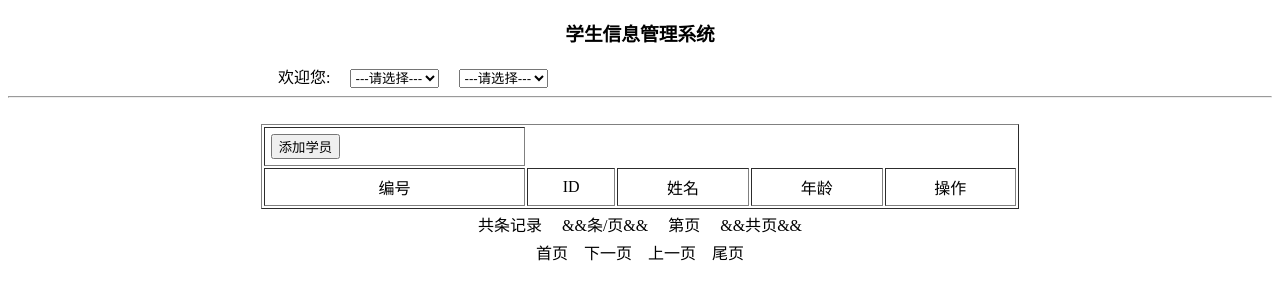
Repository: DataBoxWx/mvc_servlet_3
Page: http://localhost/crud_1/ajax/studentlist.jsp
These files come from the project's save history. The page is drawn as it stood at one moment and after the next save; the edit follows.
The browser window is 1280 px wide. The pictures show the whole page.
The page is served by Tomcat 9. Other server files are loaded and not shown.

Above is the page before, as saved 2018-05-08 11:37:03.

### crud_1/WebContent/ajax/studentlist.jsp
<%@ page language="java" contentType="text/html; charset=UTF-8"
    pageEncoding="UTF-8"%>
<%
	String basePath = request.getScheme() + "://" + request.getServerName() + ":" + 	request.getServerPort() + request.getContextPath() + "/";
%>
<!DOCTYPE html PUBLIC "-//W3C//DTD HTML 4.01 Transitional//EN" "http://www.w3.org/TR/html4/loose.dtd">
<html>
<head>
<base href="<%=basePath%>">
<meta http-equiv="Content-Type" content="text/html; charset=UTF-8">
<script type="text/javascript" src="js/jquery-1.8.3.min.js"></script>
<title>Insert title here</title>
<style type="text/css">
	td{
		text-align: center
	}
</style>
<script type="text/javascript">


	$(function(){
		$.post(
			"controller/list.do",
			function(data){
				$(data.slist).each(function(i){
					$("#tbody").append("<tr><td>"+i+"</td><td>"+this.id
							+"</td><td>"+this.name+"</td><td>"+this.age
							+"</td><td><a href='jsp/studentedit.jsp?id="+this.id
							+"'>编辑</a>||<a href='controller/delete.do?id="+this.id
							+"'>删除</a></td></tr>");
				})
			},
			"json"
		)

		$("#addBtn").click(function(){
			location.href="jsp/studentadd.jsp";
		})

	})
</script>
</head>
<body>
	<h3 align="center">学生信息管理系统</h3>
	<span style="margin-left: 270px" >欢迎您:${username}&nbsp;&nbsp;&nbsp;&nbsp;
		<select id="pid">
			<option>---请选择---</option>
		</select>&nbsp;&nbsp;&nbsp;&nbsp;
		<select id="cid">
			<option>---请选择---</option>
		</select>
	</span><br/>
	<hr/><br>
	<table align="center" border="1" cellpadding="6" width="60%">
		<thead>
			<tr>
				<td style="text-align: left">
					<button id="addBtn">添加学员</button>&nbsp;&nbsp;
				</td>
			</tr>
			<tr>
				<td>编号</td>
				<td>ID</td>
				<td>姓名</td>
				<td>年龄</td>
				<td>操作</td>
			</tr>
		</thead>
		<tbody id="tbody">

		</tbody>
	</table>
	<table align="center" border="0">
			<tr>
				<td>
					共<span id="total"></span>条记录&nbsp;&nbsp;&nbsp;&nbsp;
					&&<span id="pageCount"></span>条/页&&&nbsp;&nbsp;&nbsp;&nbsp;
					第<span id="pageNu"></span>页&nbsp;&nbsp;&nbsp;&nbsp;
					&&共<span id="pageSize"></span>页&&


				</td>
			</tr>
			<tr>
				<td>
					<a>首页</a>&nbsp;&nbsp;&nbsp;
					<a>下一页</a>&nbsp;&nbsp;&nbsp;
					<a>上一页</a>&nbsp;&nbsp;&nbsp;
					<a>尾页</a>
				</td>
			</tr>
	</table>
</body>
</html>

### crud_1/src/com/bjpowernode/crud/controller/StudentController.java
 package com.bjpowernode.crud.controller;

import java.io.IOException;
import java.io.PrintWriter;
import java.util.ArrayList;
import java.util.List;

import javax.servlet.ServletException;
import javax.servlet.http.HttpServlet;
import javax.servlet.http.HttpServletRequest;
import javax.servlet.http.HttpServletResponse;

import com.bjpowernode.crud.domain.Students;
import com.bjpowernode.crud.service.StudentService;
import com.bjpowernode.crud.service.impl.StudentServiceImpl;
import com.bjpowernode.crud.util.ServiceFactory;
import com.sun.org.apache.bcel.internal.generic.NEW;

public class StudentController extends HttpServlet{
	@Override
	protected void doGet(HttpServletRequest request, HttpServletResponse response) throws ServletException, IOException {
		response.setContentType("text/html;charset=utf-8");
		request.setCharacterEncoding("utf-8");
		StudentService studentService  = (StudentService) ServiceFactory.getService(new StudentServiceImpl());
		String path = request.getServletPath();
		if("/controller/list.do".equals(path)){

			list(request,response,studentService);

		}else if("/controller/save.do".equals(path)){

			save(request,response,studentService);
			response.sendRedirect(request.getContextPath()+"/ajax/studentlist.jsp");

		}else if("/controller/delete.do".equals(path)){

			delete(request,response,studentService);
			response.sendRedirect(request.getContextPath()+"/ajax/studentlist.jsp");

		}else if("/controller/update.do".equals(path)){

			update(request,response,studentService);
			response.sendRedirect(request.getContextPath()+"/ajax/studentlist.jsp");

		}else if("/controller/edit.do".equals(path)){
			edit(request,response,studentService);
		}
	}
	private void edit(HttpServletRequest request, HttpServletResponse response, StudentService studentService) throws IOException {
		String id = request.getParameter("id");

		Students stu = studentService.getStudentById(id);
		StringBuffer buffer = new StringBuffer();
		//{"id":"?","name":"?","age":?}
		buffer.append("{\"id\":\"");
		buffer.append(stu.getId());
		buffer.append("\",\"name\":\"");
		buffer.append(stu.getName());
		buffer.append("\",\"age\":");
		buffer.append(stu.getAge());
		buffer.append("}");
		PrintWriter out = response.getWriter();
		out.print(buffer.toString());
		out.close();

	}
	private void update(HttpServletRequest request, HttpServletResponse response, StudentService studentService) {
		String id = request.getParameter("id");
		String name = request.getParameter("name");
		String ageStr = request.getParameter("age");
		int age = Integer.valueOf(ageStr);
		Students stu = new Students();
		stu.setId(id);
		stu.setName(name);
		stu.setAge(age);
		studentService.updateStudent(stu);

	}
	private void delete(HttpServletRequest request, HttpServletResponse response, StudentService studentService) {
		String id = request.getParameter("id");
		studentService.deleteStudent(id);
	}
	private void save(HttpServletRequest request, HttpServletResponse response, StudentService studentService) {
		System.out.println("进入添加学生操作");
		String name = request.getParameter("username");
		String ageStr = request.getParameter("age");
		int age = Integer.valueOf(ageStr);
		Students stu = new Students();
		stu.setName(name);
		stu.setAge(age);
		studentService.addStudent(stu);

	}
	private void list(HttpServletRequest request, HttpServletResponse response, StudentService studentService) throws IOException {
		System.out.println("进入学生列表操作");
		List<Students> slist = studentService.getAll();
		StringBuffer buffer = new StringBuffer();
		//{"slist":[{"id":"?","name":"?","age":?}]}
		buffer.append("{\"slist\":[");
		for(int i = 0; i< slist.size();i++){
			Students stu = slist.get(i);
			buffer.append("{\"id\":\"");
			buffer.append(stu.getId());
			buffer.append("\",\"name\":\"");
			buffer.append(stu.getName());
			buffer.append("\",\"age\":");
			buffer.append(stu.getAge());
			buffer.append("}");
			if( i< slist.size()-1){
				buffer.append(",");
			}
		}
		buffer.append("]}");
		System.out.println(buffer);
		PrintWriter out = response.getWriter();
		out.print(buffer.toString());
		out.close();
	}
	@Override
	protected void doPost(HttpServletRequest request, HttpServletResponse response) throws ServletException, IOException {
		this.doGet(request, response);
	}
}

Loaded but not shown: crud_1/WebContent/js/jquery-1.8.3.min.js (library)

After the next save:
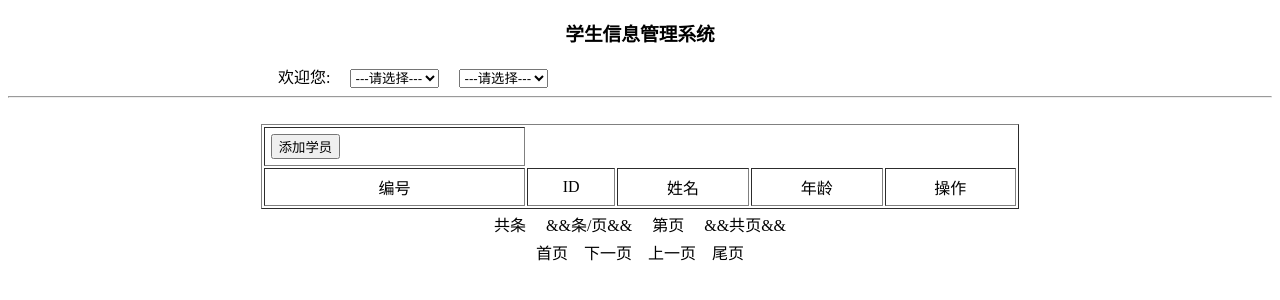
Saved 17 s later.
--- a/crud_1/WebContent/ajax/studentlist.jsp
+++ b/crud_1/WebContent/ajax/studentlist.jsp
@@ -73,7 +73,7 @@
 	<table align="center" border="0">
 			<tr>
 				<td>
-					共<span id="total"></span>条记录&nbsp;&nbsp;&nbsp;&nbsp;
+					共<span id="total"></span>条&nbsp;&nbsp;&nbsp;&nbsp;
 					&&<span id="pageCount"></span>条/页&&&nbsp;&nbsp;&nbsp;&nbsp;
 					第<span id="pageNu"></span>页&nbsp;&nbsp;&nbsp;&nbsp;
 					&&共<span id="pageSize"></span>页&&
